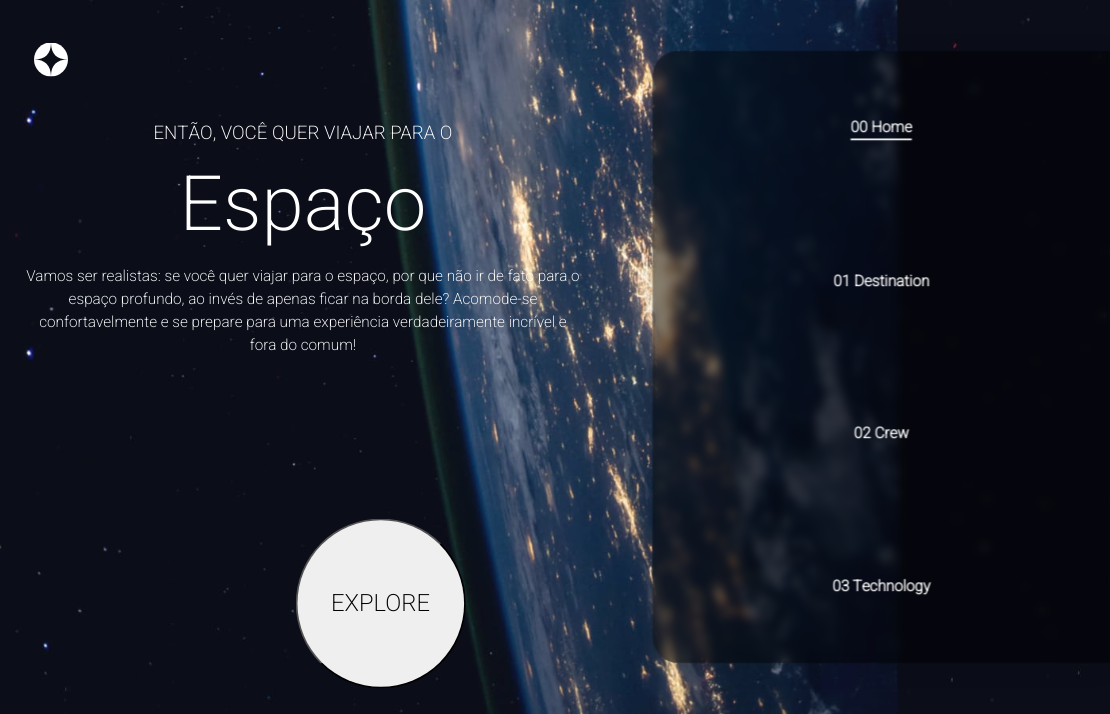
Repository: Leonngc/space-site
Page: space-tourism-website-main/space-tourism-website-main/starter-code/index.html
The author's editor kept a copy of each file at every save. The page is drawn from the files as they stood at one save, then again after a run of saves.
The browser window is 768 px wide. The page is 1306 px wide, so the pictures cover 1306 px, including what lies to the right of the window. The pictures show the whole page, at 85% of full size.
Some icons come from a web library that is not loaded, so they are not drawn.

Above is the page before, as saved 2023-04-30 01:03:56.

### space-tourism-website-main/space-tourism-website-main/starter-code/index.html
<!DOCTYPE html>
<html lang="pt-br">
<head>
  <meta charset="UTF-8">
  <meta name="viewport" content="width=device-width, initial-scale=1.0">
  <link rel="icon" type="image/png" sizes="32x32" href="./assets/favicon-32x32.png">
  <link rel="stylesheet" href="styles/menu.css">
  <link rel="stylesheet" href="styles/home.css">
  <!-- CDN FLATICON-->
  <link rel='stylesheet' href='https://cdn-uicons.flaticon.com/uicons-bold-rounded/css/uicons-bold-rounded.css'>
  <script src="script/menu.js" defer></script>
  <title>Frontend Mentor | Space tourism website</title>
</head>
<body>

  <header>
    <img src="assets/shared/logo.svg" alt="" class="logo">

    <div class="line"></div>
    <nav>
      <button class="menu-button"><i class="fi fi-br-menu-burger"></i></button>
      <ul class="menu">
      <li class="item-menu page-active"><a href="#">00 Home</a></li>
      <li class="item-menu"><a href="#">01 Destination</a></li>
      <li class="item-menu"><a href="#">02 Crew</a></li>
      <li class="item-menu"><a href="#">03 Technology</a></li>
      </ul>
    </nav>

  </header>

<div class="container-button">
    <button>Explore</button>
  </div>
<div class="text-box">
    <span>Então, você quer viajar para o</span>
    <h1>Espaço</h1>
    <p>
      Vamos ser realistas: se você quer viajar para o espaço, por que não ir de fato para o espaço profundo, ao invés de apenas ficar na borda dele? Acomode-se confortavelmente e se prepare para uma experiência verdadeiramente incrível e fora do comum!
    </p>
</div>



</body>
<script src="https://code.jquery.com/jquery-3.3.1.slim.min.js" integrity="sha384-q8i/X+965DzO0rT7abK41JStQIAqVgRVzpbzo5smXKp4YfRvH+8abtTE1Pi6jizo" crossorigin="anonymous"></script>
<script src="https://cdnjs.cloudflare.com/ajax/libs/popper.js/1.14.3/umd/popper.min.js" integrity="sha384-ZMP7rVo3mIykV+2+9J3UJ46jBk0WLaUAdn689aCwoqbBJiSnjAK/l8WvCWPIPm49" crossorigin="anonymous"></script>
<script src="https://stackpath.bootstrapcdn.com/bootstrap/4.1.3/js/bootstrap.min.js" integrity="sha384-ChfqqxuZUCnJSK3+MXmPNIyE6ZbWh2IMqE241rYiqJxyMiZ6OW/JmZQ5stwEULTy" crossorigin="anonymous"></script>
</html>

### space-tourism-website-main/space-tourism-website-main/starter-code/styles/menu.css
@import url('https://fonts.googleapis.com/css2?family=Heebo:wght@200&display=swap');

*{
    padding: 0;
    margin: 0;
}

body{
    overflow-x: hidden;
}

header{
    display: flex;
    justify-content: space-between;
}

.menu{
    margin-top: 20px;
    display: flex;
    width: 40vw ;
    height: 12vh;
    position: relative;
    list-style: none;
    background: rgba(255, 255, 255, 0.21);
    background: rgba(255, 255, 255, 0.08);
    box-shadow: 0 4px 30px rgba(0, 0, 0, 0.1);
    backdrop-filter: blur(5px);
    -webkit-backdrop-filter: blur(5px);
}

.item-menu{
    margin: auto;
}

.item-menu a{
    text-decoration: none;
    font-family: 'Heebo', sans-serif;
    color: white;
}


.line{
    background-color:  rgba(255, 255, 255, 0.21);

    height: 2px;
    width: 1110px;
    margin-top: 68px;
    margin-left: 30px;
}

.logo{
    margin-top: 30px;
    margin-left: 20px;
    width: 40px;
    height: 40px;
    padding: 20px;
}

.page-active{
    border-bottom: 2px solid white;
}

ul li > a:hover{
    font-size: 18px;
    transition: 2s;
}

.menu-button{
    display: none;
}



@media screen and (max-width: 990px){
    .line{
        display: none;
    }


    .menu{
        position: absolute;
        right: 0;
        width: 70vw;
        height: 90vh;
        display: flex;
        margin: 0;
        border-top-left-radius: 30px;
        border-bottom-left-radius: 30px;
        transform: translateX(100%);
        transition: transform 0.6s ease-in;
        background: rgba(255, 255, 255, 0.346);
        background: rgba(0, 0, 0, 0.47);
        box-shadow: 0 4px 30px rgba(0, 0, 0, 0.1);
        backdrop-filter: blur(5px);
        -webkit-backdrop-filter: blur(5px);
    }

    ul{
        flex-direction: column;
    }


    .menu li{
       color: white;
       font-size: 18px;
       font-weight: bold;
    }

    .menu-button{
        display: block;
        font-size: 40px;
        color: white;
        background: none;
        border: none;
        padding: 10px;
        margin-top: 40px;
    }

    ul.active{
        transform: translateX(0);
    }
}

### space-tourism-website-main/space-tourism-website-main/starter-code/styles/home.css
@import url('https://fonts.googleapis.com/css2?family=Barlow&display=swap');
@import url('https://fonts.googleapis.com/css2?family=Heebo:wght@200&display=swap');
/*  font-family: 'Barlow', sans-serif;
    font-family: 'Heebo', sans-serif;
*/

:root{
    --title-font: 'Barlow';
    --paragraph-font: 'Heebo';
}

body{
    background-image: url(../assets/home/background-home-desktop.jpg);
    background-size: cover;
    background-position: center center;
}


.text-box{
    margin-top: 150px;
    padding: 30px;
    margin-left: 100px;
    width: 30vw;
    color: white;
}

span{
    font-family: var(--paragraph-font);
    font-size: 22px;
    text-transform: uppercase;
}

h1{
    font-family: var(--title-font);
    font-size: 90px;
    font-weight: 200;
    text-transform: uppercase;
}

p{
    font-family: var(--paragraph-font), sans-serif;
    font-size: 18px;
}

.container-button{
    float: right;
    margin-top: 230px;
    margin-right: 90px;
    margin-bottom: 30px;
}

.container-button button{
    width: 250px;
    height: 250px;
    border-radius: 50%;
    font-size: 40px;
    font-family: var(--paragraph-font);
    font-weight: 200;
    text-transform: uppercase;
}

@media screen and (max-width: 990px){
    .text-box{
       position: absolute;
       width: 85vw;
       margin-top: 30px;
       margin: auto;
       text-align: center;
    }

    h1{
        font-family: var(--paragraph-font);
        text-transform: none;
        padding: 4px;
    }

    .container-button {
            margin-top: 500px;
            width: 60vw;
            text-align: center;
        }

        .container-button > button{
            width: 200px;
            height: 200px;
            font-size: 28px;
        }

}

### space-tourism-website-main/space-tourism-website-main/starter-code/script/menu.js
class MobileNavbar{
    constructor(mobileMenu, navList, navLink){
        this.mobileMenu = document.querySelector(mobileMenu);
        this.navList = document.querySelector(navList);
        this.navLink = document.querySelector(navLink);
        this.activeClass = "active";
        this.handleClick = this.handleClick.bind(this)
    }

    handleClick(){
        this.navList.classList.toggle(this.activeClass);
        this.mobileMenu.classList.toggle(this.activeClass)
    }

    addClickEvent(){
        this.mobileMenu.addEventListener("click", this.handleClick);
    }

    init(){
        if(this.mobileMenu){
            this.addClickEvent();
        }
        return this;
    }
}

const mobileNavbar = new MobileNavbar(
    "nav",
    "ul",
    "ul li",
);

mobileNavbar.init()

After the next 2 saves:
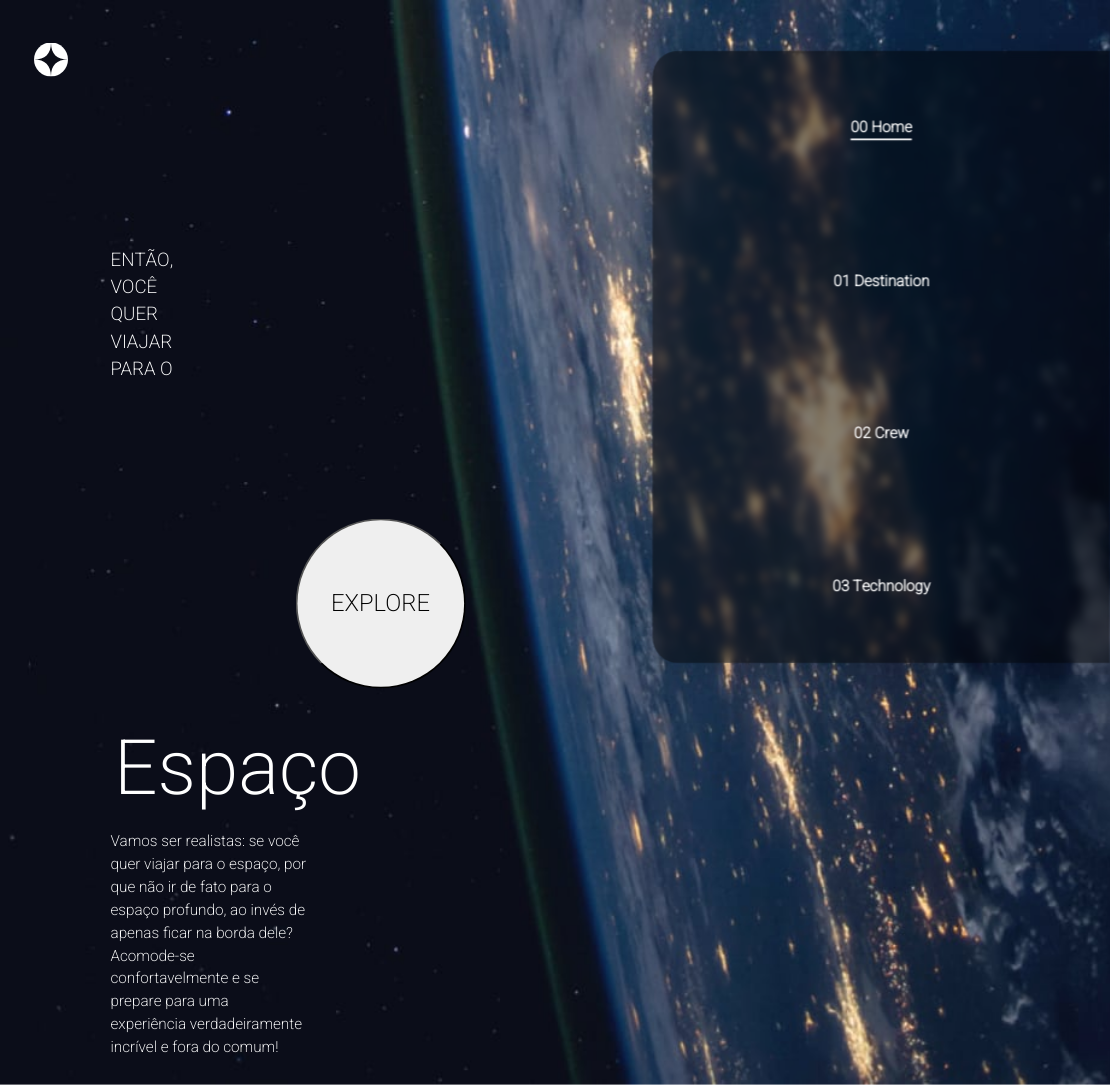
The 2 saves are shown as one change because they came seconds apart.
The last was saved 11 s later.
--- a/space-tourism-website-main/space-tourism-website-main/starter-code/styles/home.css
+++ b/space-tourism-website-main/space-tourism-website-main/starter-code/styles/home.css
@@ -60,6 +60,7 @@
 }
 
 @media screen and (max-width: 990px){
+    dbe5e6
     .text-box{
        position: absolute;
        width: 85vw;

After the 2 saves that followed:
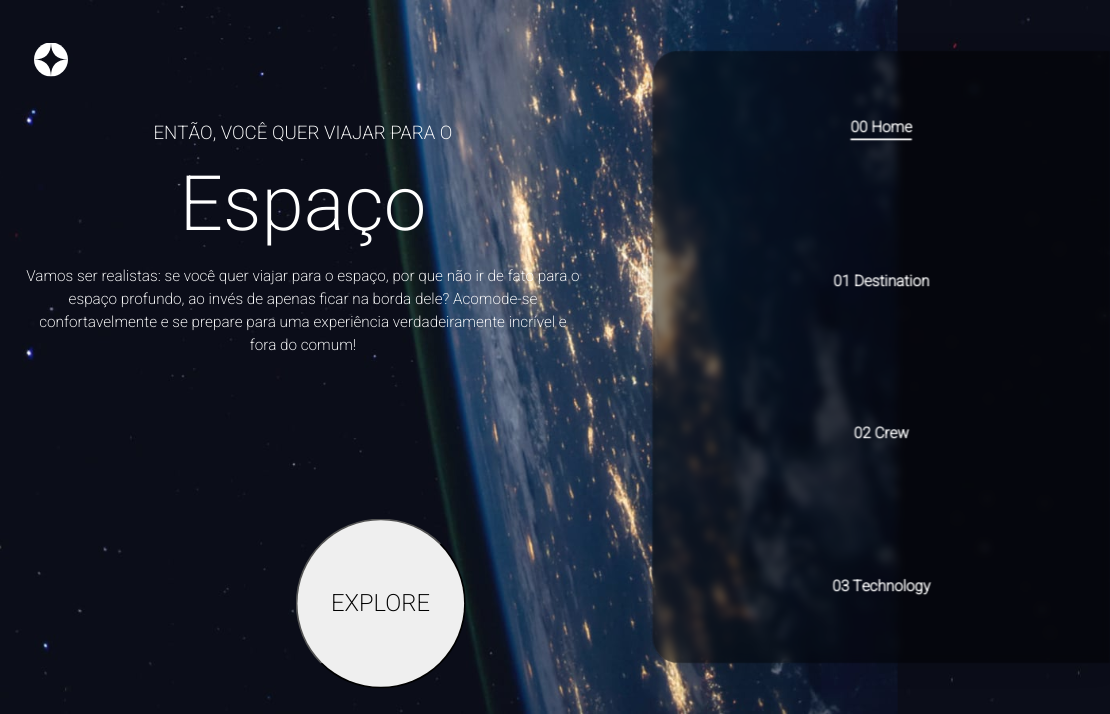
The 2 saves are shown as one change because they came seconds apart.
The last was saved 7 s later.
--- a/space-tourism-website-main/space-tourism-website-main/starter-code/styles/home.css
+++ b/space-tourism-website-main/space-tourism-website-main/starter-code/styles/home.css
@@ -60,7 +60,9 @@
 }
 
 @media screen and (max-width: 990px){
-    dbe5e6
+    body{
+        ba
+    }
     .text-box{
        position: absolute;
        width: 85vw;
